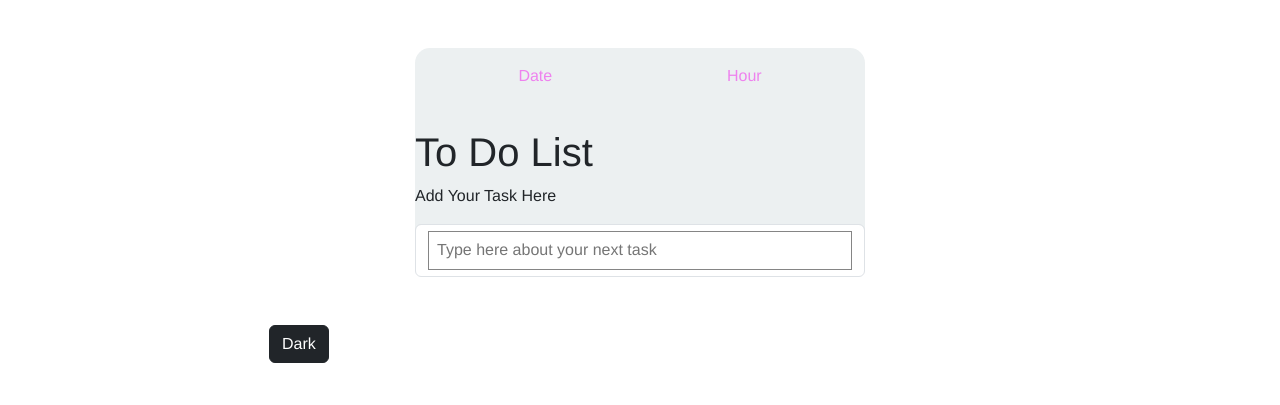
Repository: Passionblaz/TODO
Page: TODO/Untitled-1.html
These files come from the project's save history. The page is drawn as it stood at one moment and after a run of saves; the edit follows.
The browser window is 1280 px wide. The pictures show the whole page.

Above is the page before, as saved 2023-07-14 11:50:35.

After the next 2 saves:
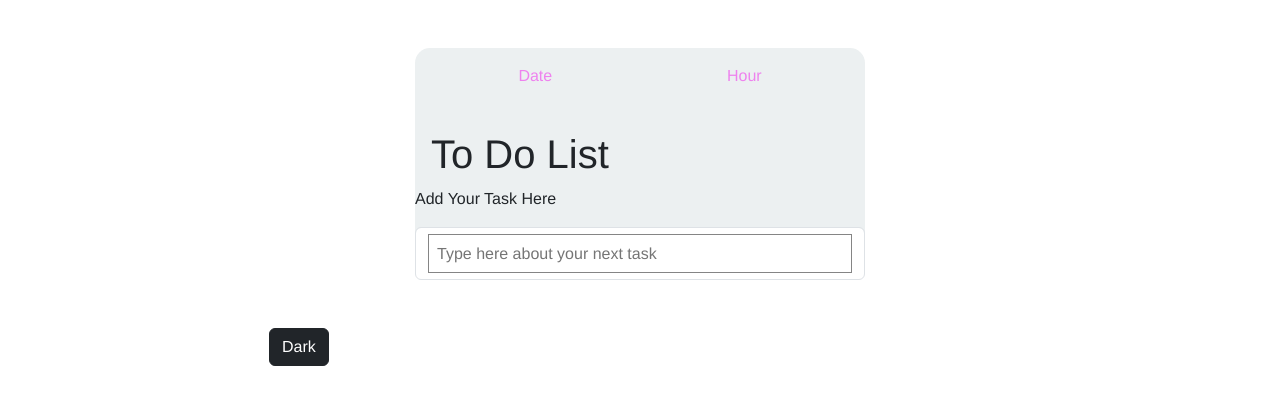
The 2 saves are shown as one change because they came seconds apart.
The last was saved 7 s later.
--- a/TODO/todostyles.css
+++ b/TODO/todostyles.css
@@ -62,7 +62,9 @@ input {
   padding: 1.5.rem;
 }
 .todo-container header {
-  padding: 0.1;
+  padding: 0.1rem 1rem;
+
+
 }
 
 
